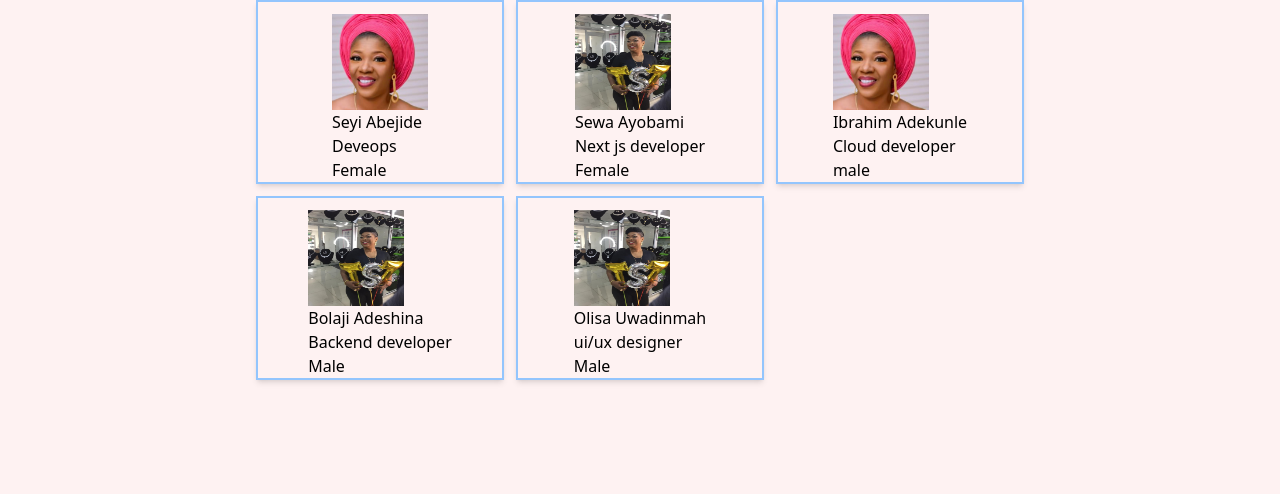
Repository: Semanmernstack/Bincom
Page: /
The author's editor kept a copy of each file at every save. The page is drawn from the files as they stood at one save, then again after the next save.
The browser window is 1280 px wide. The pictures show the whole page.
The project was rebuilt for these pictures with package versions that can differ from the ones it lists, and the page was loaded fresh each time. The framework's server and built-in components were replaced by stand-ins that run in the browser. Also part of the build but not shown: next.config.mjs.

Above is the page before, as saved 2024-01-25 05:30:22.

After the next save:
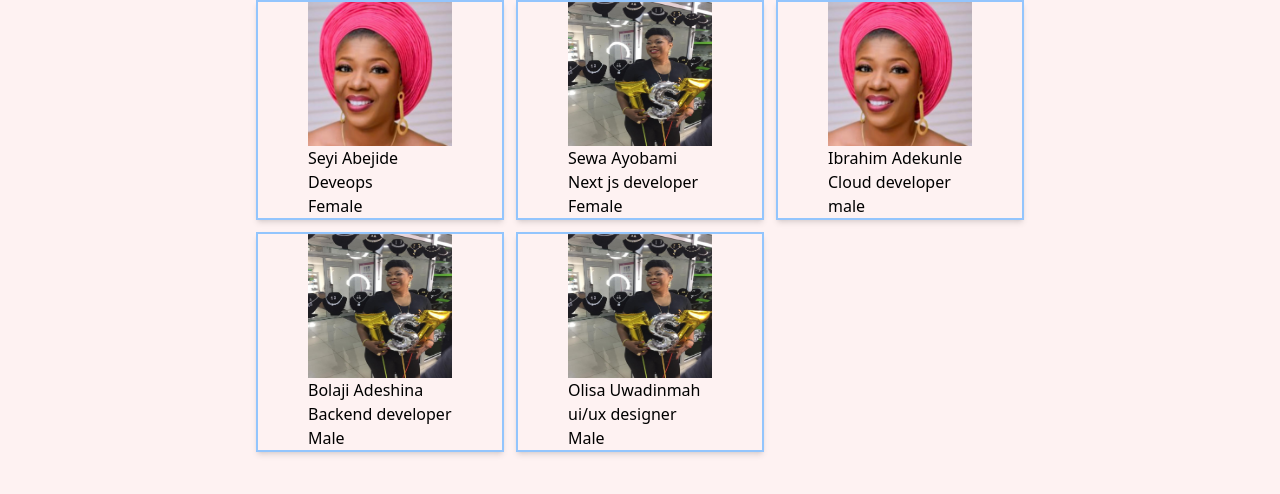
Saved 35 s later.
--- a/app/components/SetUp.tsx
+++ b/app/components/SetUp.tsx
@@ -10,8 +10,8 @@ interface B {
 
 function SetUp({id, title, image, role, gender}:B) {
   return (
-    <div className=' mt-3'>
-      <img src={image} alt="image" className='h-24 w-24' />
+    <div className=' '>
+      <img src={image} alt="image" className='h-36 w-36' />
       <div>
         <h1>{title}</h1>
         <div>
